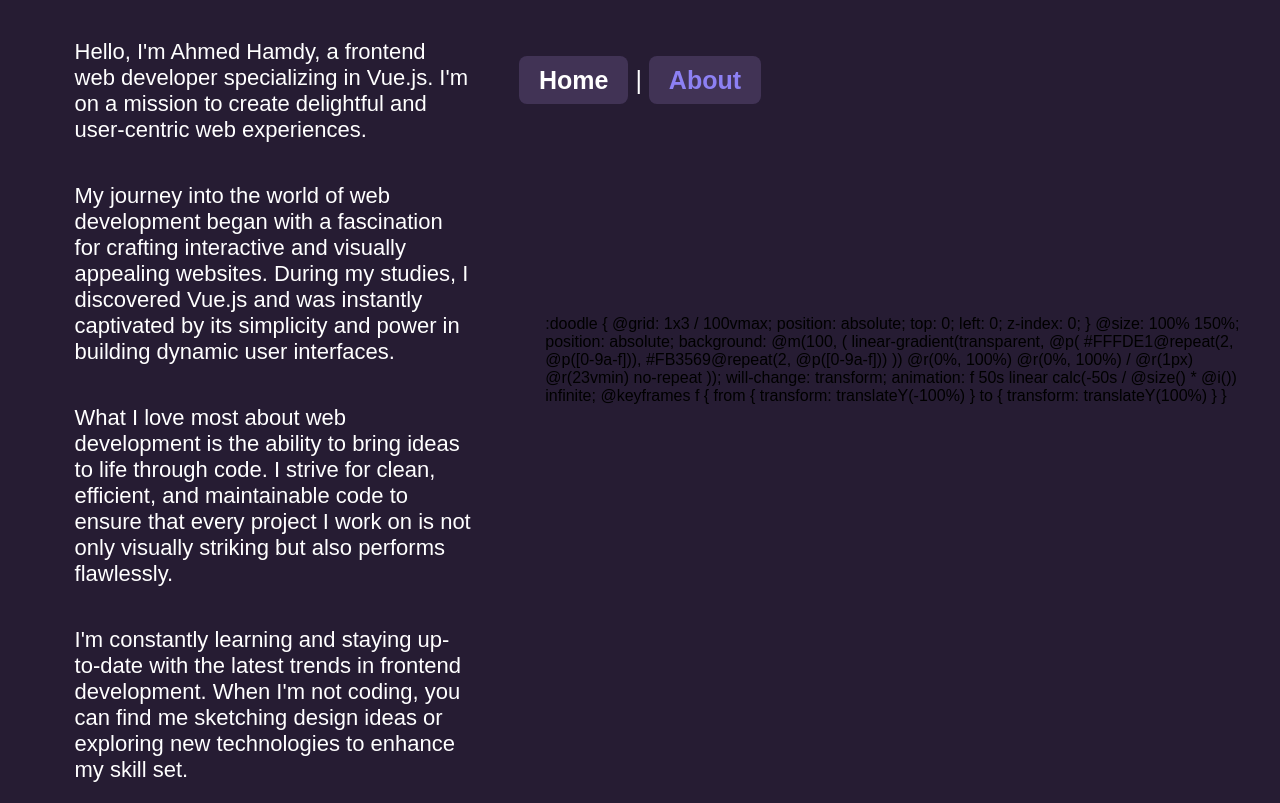
Repository: ahamdy997/portfolio
Page: /about
An editor plug-in stored every save of this project. The page is shown before and after the next save, followed by the edit.
The browser window is 1280 px wide. The pictures show the whole page.
The project was rebuilt for these pictures with package versions that can differ from the ones it lists, and the page was loaded fresh each time. Also part of the build but not shown: vue.config.js, src/components/HelloWorld.vue, src/views/HomeView.vue.

Above is the page before, as saved 2023-11-05 01:56:20.

After the next save:
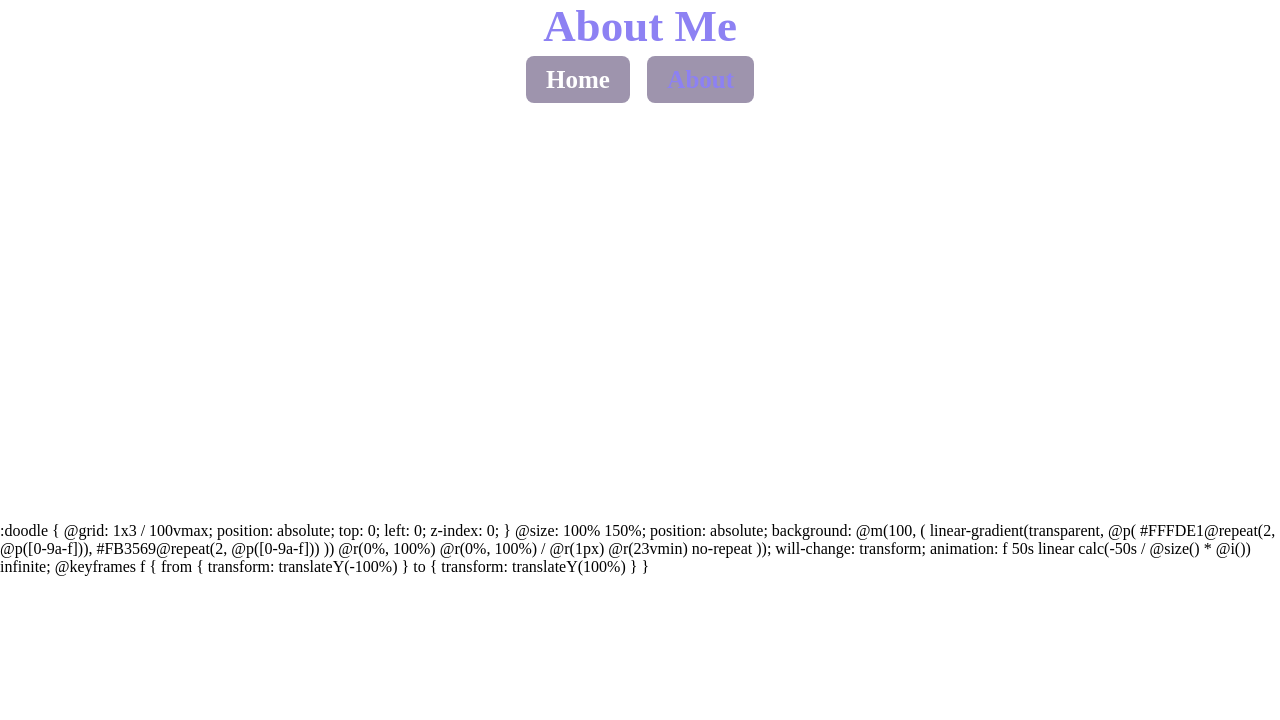
Saved 2 min 0 s later.
--- a/public/index.html
+++ b/public/index.html
@@ -32,16 +32,6 @@
         padding: 0;
         margin: 0;
       }
-      body {
-        font-family: sans-serif;
-        height: 100vh;
-        margin: 0;
-        background: #261c33;
-        overflow: hidden;
-        display: flex;
-        align-items: center;
-        justify-content: center;
-      }
     </style>
 
     <script src="https://unpkg.com/css-doodle@0.6.1/css-doodle.min.js"></script>

After the save that followed:
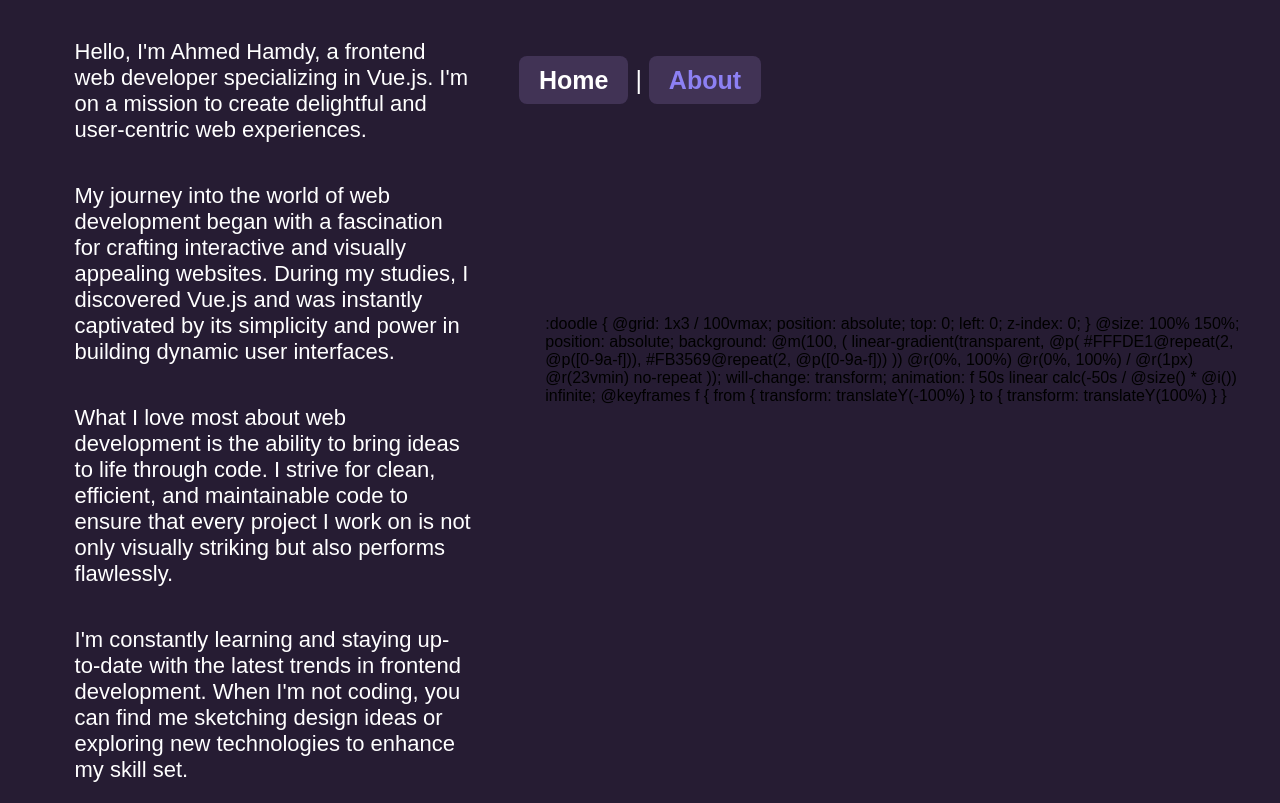
Saved 5 s later.
--- a/src/App.vue
+++ b/src/App.vue
@@ -26,7 +26,16 @@ nav {
   padding: 30px;
   text-align: center;
 }
-
+body {
+  font-family: sans-serif;
+  height: 100vh;
+  margin: 0;
+  background: #261c33;
+  overflow: hidden;
+  display: flex;
+  align-items: center;
+  justify-content: center;
+}
 nav a {
   font-weight: bold;
   color: #fff;
